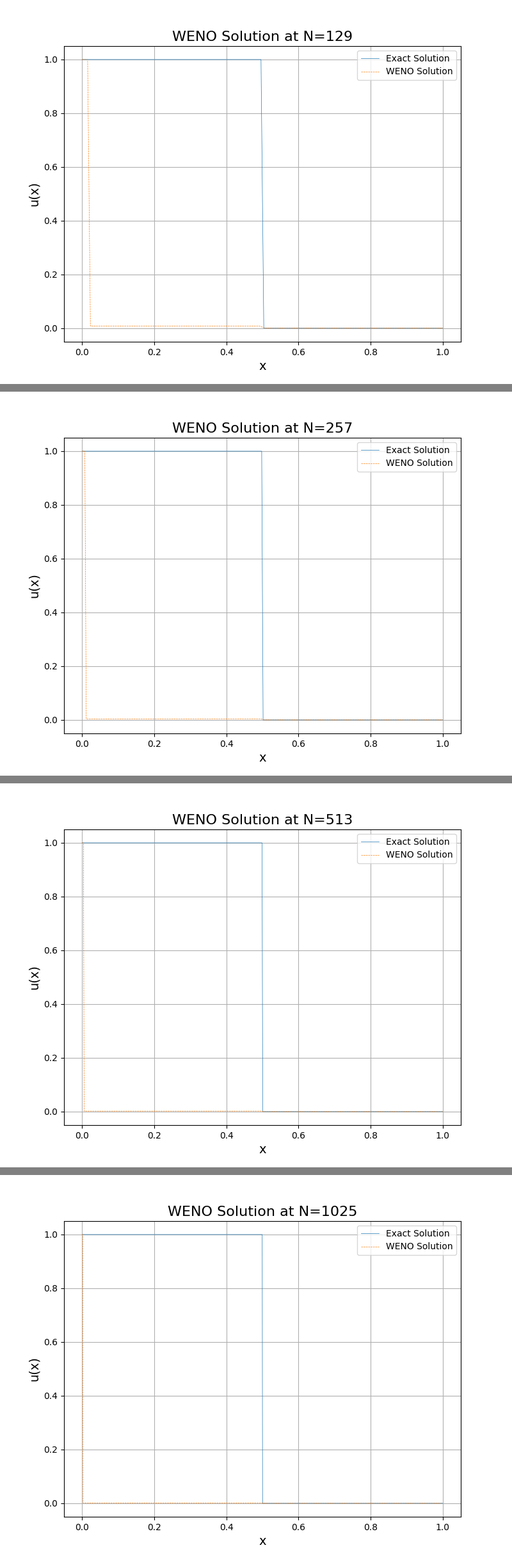
Repository: mishiroo/WENO
Script's output: python main.py
An editor plug-in stored every save of this project. The script's output is shown before and after the next save, followed by the edit.
The pictures are shown at 64% of full size.
Each picture stacks the figures in order, with grey between them; figures that are only written to a file come last. Random numbers start from a fixed seed.

Above is the script's output before, as saved 2024-12-13 18:53:57.

After the next save:
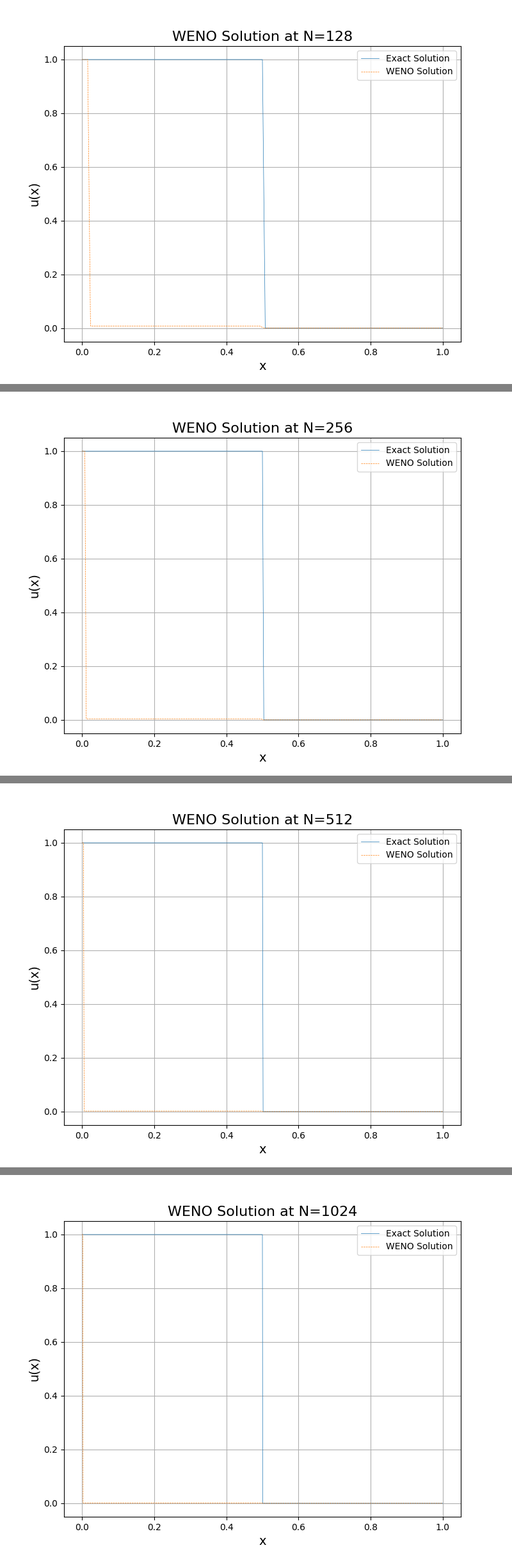
Saved 30 s later.
--- a/main.py
+++ b/main.py
@@ -5,8 +5,7 @@
 
 # 计算误差阶
 # N: Num of cells 网格密度太大 机器误差会影响收敛
-# NList = [128, 256, 512, 1024]
-NList = [129, 257, 513, 1025]
+NList = [128, 256, 512, 1024]
 # 存储计算结果
 l2_err_list = []
 linf_err_list = []
